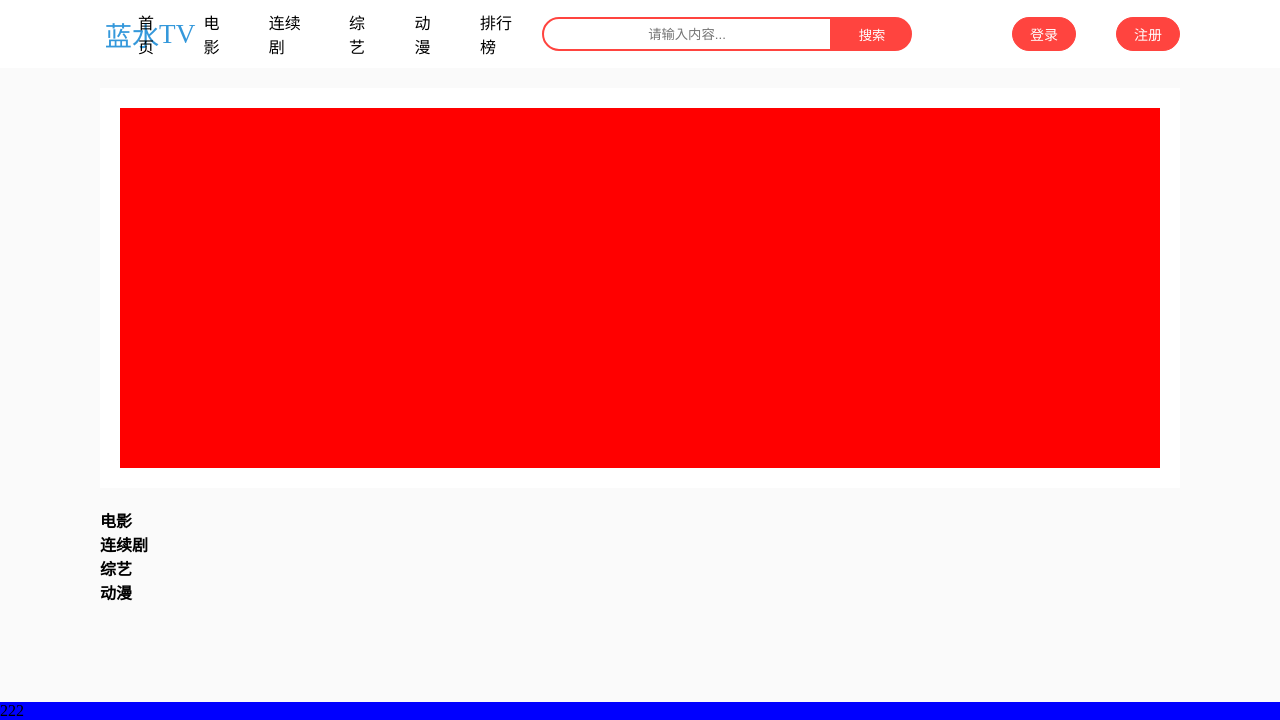
Repository: 842992406/blueWaterTV
Page: index.html
These files come from the project's save history. The page is drawn as it stood at one moment and after the next save; the edit follows.
The browser window is 1280 px wide. The pictures show the whole page.

Above is the page before, as saved 2022-05-05 16:52:39.

### index.html
<!DOCTYPE html>
<html lang="en">

<head>
  <meta charset="UTF-8">
  <meta http-equiv="X-UA-Compatible" content="IE=edge">
  <meta name="viewport" content="width=device-width, initial-scale=1.0">
  <title>蓝水TV</title>
  <link rel="stylesheet" href="./css/index.css">
</head>

<body>
  <!-- 头界面 -->
  <header>
    <!-- logo -->
    <div class="logo">
      <ul>
        <li>蓝</li>
        <li>水</li>
        <li>TV</li>
      </ul>
    </div>
    <!-- 导航栏 -->
    <div class="changeBox">
      <ul>
        <li>首页</li>
        <li>电影</li>
        <li>连续剧</li>
        <li>综艺</li>
        <li>动漫</li>
        <li>排行榜</li>
      </ul>
    </div>
    <div class="search">
      <input type="text" name="" id="input" placeholder="请输入内容..." onfocus="this.placeholder=''"
        onblur="this.placeholder='请输入内容...'">
      <button type="submit">搜索</button>
    </div>
    <!-- 登录注册按钮 -->
    <div class="userLogin">
      <button type="submit">登录</button>
      <button type="submit">注册</button>
    </div>
  </header>
  <!-- 主界面 -->
  <main>
    <div class="mainCard">
      <!-- 轮播图 -->
      <div class="map"></div>
      <div class="movie">
        <strong>电影</strong>
      </div>
      <div class="sitcom">
        <strong>连续剧</strong>
      </div>
      <div class="variety">
        <strong>综艺</strong>
      </div>
      <div class="comic">
        <strong>动漫</strong>
      </div>
    </div>
  </main>
  <!-- 脚页面 -->
  <footer>222</footer>
</body>

</html>

### css/index.css
*{
  padding: 0;
  margin: 0;
  box-sizing: border-box;
}

body{
  width: 100vw;
  height: 100vh;
  display: flex;
  flex-direction: column;
  justify-content: space-between;
  align-items: center;
  background-color: rgb(250, 250, 250);
}

/* 所有的 li 的前面的点都去掉 */
li{
  list-style: none;
}

header{
  /* 设置头固定不动 */
  position:fixed;
  right:0;
  top:0;
  width: 100vw;
  height: 68px;
  background-color: rgb(255, 255, 255);
  display: flex;
  padding:0 80px;
  justify-content: space-between;
}

.logo>ul{
  width: 100px;
  height: 100%;
  display: flex;
  font-size: 1.7em;
  justify-content: center;
  align-items: center;
  margin-left: 20px;
  color: #3498db;
  /* 鼠标变为小手 */
  cursor: pointer;
}

.logo>ul li {
  transition: 1s;
}
/* logo的第一个单词 */
.logo>ul>li:nth-of-type(1):hover{
  transform: rotate(360deg);
  color: aqua;
}
/* logo的第二个单词 */
.logo>ul>li:nth-of-type(2):hover{
  transform: scale(1.2);
  color: #f1c40f;
}
/* logo的第三个单词 */
.logo>ul>li:nth-of-type(3):hover{
  transform: rotate(360deg);
  color: #60a3bc;
}

/* 导航栏 */
.changeBox{
  width: 440px;
  height: 100%;
  display: flex;
  transform: translateX(-80px);
}

.changeBox>ul{
  display: flex;
  justify-content: center;
  align-items: center;
}

.changeBox>ul li{
  margin: 0 18px;
  cursor: pointer;
}

.changeBox>ul li:hover{
  color: #e67e22;
  border-bottom: 2px solid #e67e22;
}

.search{
  width: 380px;
  height: 100%;
  display: flex;
  justify-content: center;
  align-items: center;
  transform: translateX(-80px);
}

.search #input{
  width: 290px;
  height: 50%;
  border-radius: 25px 0 0 25px;
    /* 去掉焦点之后的边框 */
  outline: none;
  border: 2px solid rgb(255, 68, 63);
  text-align: center;
}

.search button{
  height: 50%;
  width: 80px;
  color: white;
  background-color: rgb(255, 68, 63);
  border-radius: 0 25px 25px 0;
  border: 2px solid rgb(255, 68, 63);
  /* 去掉点击的边框 */
  outline: none;
  cursor: pointer;
}

.userLogin {
  display: flex;
  justify-content: flex-end;
  align-items: center;
}

.userLogin button{
  height: 50%;
  width: 64px;
  padding: 0 15px;
  margin: 0 20px;
  border-radius: 20px;
  font-size: 14px;
  /* 去掉点击之后的黑色边框 */
  outline: none;
  background-color: rgb(255, 68, 63);
  color: white;
  border: 1px solid rgb(255, 68, 63);
  cursor: pointer;
  transition: .5s;
}

.userLogin button:hover{
  transform: scale(1.2);
}

main{
  position:relative;
  top: 68px;
  display: flex;
  width: 100vw;
  justify-content: center;
  align-items: center;
  margin-top: 20px;
}

.mainCard{
  width: 1080px;
}

.mainCard .map{
  width: 100%;
  height: 400px;
  background-color: red;
  transition: .5s;
  margin-bottom: 20px;
  border: 20px solid white;
}

.mainCard .map:hover{
  transform: scale(1.1);
}

footer{
  display: flex;
  width: 100vw;
  background-color: blue;
}

After the next save:
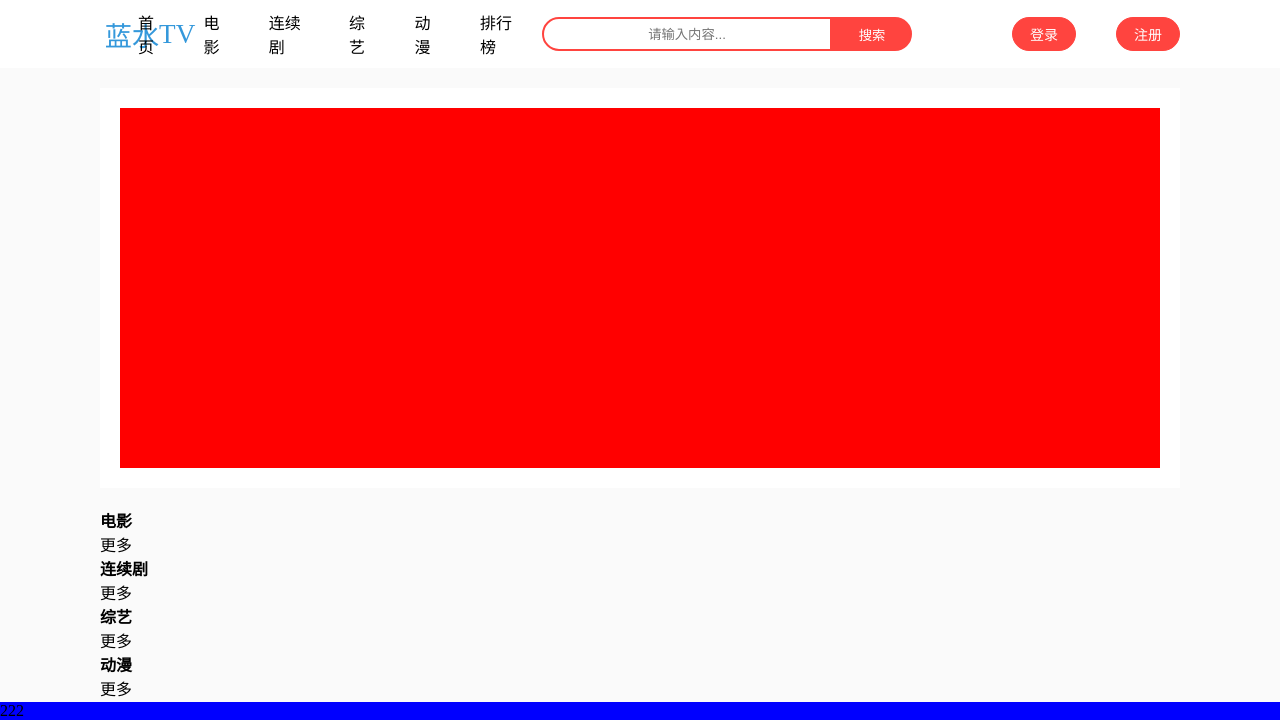
Saved 76 s later.
--- a/index.html
+++ b/index.html
@@ -49,15 +49,19 @@
       <div class="map"></div>
       <div class="movie">
         <strong>电影</strong>
+        <p>更多</p>
       </div>
       <div class="sitcom">
         <strong>连续剧</strong>
+        <p>更多</p>
       </div>
       <div class="variety">
         <strong>综艺</strong>
+        <p>更多</p>
       </div>
       <div class="comic">
         <strong>动漫</strong>
+        <p>更多</p>
       </div>
     </div>
   </main>
